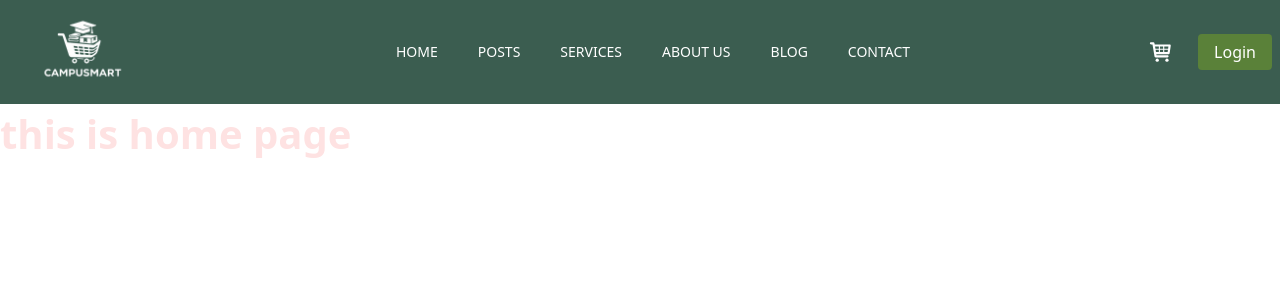
Repository: jahidhasanri/CAMPUSMART
Page: /
The author's editor kept a copy of each file at every save. The page is drawn from the files as they stood at one save, then again after the next save.
The browser window is 1280 px wide. The pictures show the whole page.
The project was rebuilt for these pictures with package versions that can differ from the ones it lists, and the page was loaded fresh each time. Also part of the build but not shown: vite.config.js.

Above is the page before, as saved 2026-01-12 21:59:51.

### index.html
<!doctype html>
<html lang="en">
  <head>
    <meta charset="UTF-8" />
    <link rel="icon" type="image/svg+xml" href="/vite.svg" />
    <meta name="viewport" content="width=device-width, initial-scale=1.0" />
    <title>campusmart</title>
  </head>
  <body>
    <div id="root"></div>
    <script type="module" src="/src/main.jsx"></script>
  </body>
</html>

### src/main.jsx
import { StrictMode } from 'react'
import { createRoot } from 'react-dom/client'
import './index.css'
import { RouterProvider } from 'react-router-dom'
import Router from './router/Router.jsx'


createRoot(document.getElementById('root')).render(
  <StrictMode>
    <RouterProvider router={Router} />
  </StrictMode>,
)

### src/router/Router.jsx
import { createBrowserRouter } from "react-router-dom";
import Home from "../Pages/Home.jsx";
import Main from "../components/Main.jsx";


const Router = createBrowserRouter([
  {
    path: "/",
    element: <Main></Main>,
    children:[
        {
            index:true,
            element:<Home></Home>
        }
    ]
  },
]);

export default Router;

### src/Pages/Home.jsx
import React from 'react';

const Home = () => {
    return (
        <div>
            <h1 className='text-[40px] font-bold text-red-100'>this is home page</h1>
        </div>
    );
};

export default Home;

### src/components/Main.jsx
import React from 'react';
import { Outlet } from 'react-router-dom';
import Navbar from './Navbar';

const Main = () => {
    return (
        <div className=''>
            <Navbar></Navbar>
            <div className="min-h-[calc(100vh-422px)]">

            <Outlet></Outlet>
            </div>
            {/* <Footer></Footer> */}
        </div>
    );
};

export default Main;

### src/components/Navbar.jsx

import { useState } from "react";
import { Link } from "react-router-dom";
import { TiShoppingCart } from "react-icons/ti";
import { HiMenuAlt3, HiX } from "react-icons/hi";

const Navbar = () => {
  const [menuOpen, setMenuOpen] = useState(false);

  const navLinks = [
    { name: "HOME", path: "/" },
    { name: "POSTS", path: "/products" },
    { name: "SERVICES", path: "/services" },
    { name: "ABOUT US", path: "/about" },
    { name: "BLOG", path: "/blog" },
    { name: "CONTACT", path: "/contact" },
  ];

  return (
    <header className="bg-[#3b5d50] text-white">
      <div className="max-w-[1300px]  mx-auto px-2 py-5">
        <div className="flex items-center justify-between h-16">

          {/* Logo */}
         <Link href={'/'}>
          <img src="/images/campu_logo-removebg-preview.png" className="w-[150px] h-26" alt="Green Nest Logo" />
         </Link>

          {/* Desktop Menu (lg only) */}
          <ul className="hidden lg:flex gap-10 font-normal text-sm">
            {navLinks.map((link) => {
              return (
                <li key={link.path}>
                  <Link
                    href={link.path}
                    className={`pb-1 transition-all duration-300`}
                  >
                    {link.name}
                  </Link>
                </li>
              );
            })}
          </ul>

          {/* Cart + Login (md and up) */}
          <Link href={'/login'} className="hidden md:flex items-center gap-6">
            <TiShoppingCart
              size={26}
              className="cursor-pointer hover:text-[#5a8139]"
            />
            <button className="bg-[#5a8139] hover:bg-[#5b8139d7] px-4 py-1.5 cursor-pointer rounded">
              Login
            </button>
          </Link>

          {/* Hamburger (md & sm only) */}
          <div className="lg:hidden">
            <button onClick={() => setMenuOpen(!menuOpen)}>
              {menuOpen ? <HiX size={28} /> : <HiMenuAlt3 size={28} />}
            </button>
          </div>
        </div>

        {/* Mobile + Tablet Menu */}
        {menuOpen && (
          <div className="lg:hidden mt-4">
            <ul className="flex flex-col gap-4 font-medium">
              {navLinks.map((link) => {
                return (
                  <li key={link.path}>
                    <Link
                      href={link.path}
                      onClick={() => setMenuOpen(false)}
                      className={`block pb-1`}
                    >
                      {link.name}
                    </Link>
                  </li>
                );
              })}
            </ul>

                <Link href={'/login'} className=" md:hidden items-center gap-6">
            <TiShoppingCart
              size={26}
              className="cursor-pointer mb-5 mt-5 hover:text-[#5a8139]"
            />
            <button className="bg-[#5a8139] mb-5 hover:bg-[#5b8139d7] px-4 py-1.5 cursor-pointer rounded">
              Login
            </button>
          </Link>

          </div>
        )}
      </div>
    </header>
  );
};

export default Navbar;

Loaded but not shown: src/index.css (common file); tailwind.config.js (common file)

After the next save:
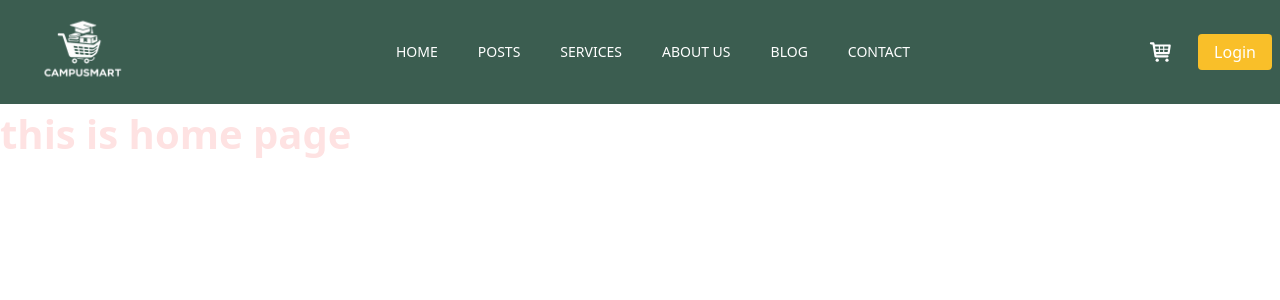
Saved 41 s later.
--- a/src/components/Navbar.jsx
+++ b/src/components/Navbar.jsx
@@ -48,7 +48,7 @@ const Navbar = () => {
               size={26}
               className="cursor-pointer hover:text-[#5a8139]"
             />
-            <button className="bg-[#5a8139] hover:bg-[#5b8139d7] px-4 py-1.5 cursor-pointer rounded">
+            <button className="bg-[#f9bf29] hover:bg-[#5b8139d7] px-4 py-1.5 cursor-pointer rounded">
               Login
             </button>
           </Link>
